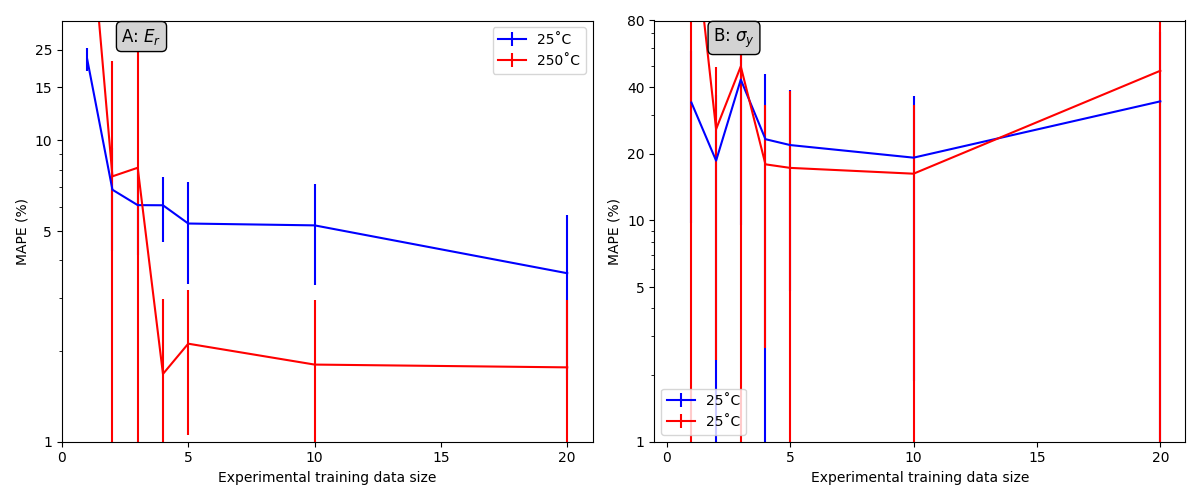
Repository: JoeSpencer1/temperature-dependant
Script's output: python src/figures.py
The author's editor kept a copy of each file at every save. The script's output is drawn from the files as they stood at one save, then again after the next save.
Random numbers start from a fixed seed.

Above is the script's output before, as saved 2023-10-29 11:41:42.

### src/figures.py
import numpy as np
import matplotlib.pyplot as plt

n = [1, 2, 3, 4, 5, 10, 20]
n1 = n
# 25˚C
Ti25E = [18.619205, 6.8593493, 6.0983825, 6.091887, 5.298505, 5.2244196, 3.6239312]
εTi25E = [1.6743975, 2.5646875, 1.9379541, 1.4813129, 1.9537387, 1.9212662, 2.01604]
Ti25σ = [34.068943, 18.617916, 43.272, 23.271488, 21.895184, 19.204937, 34.49958]
εTi25σ = [24.325975, 18.127224, 33.714092, 22.803173, 17.10482, 17.321714, 36.6192]
# 250˚C
Ti250E = [70.95709, 7.5985556, 8.114405, 1.6784289, 2.1151547, 1.8030748, 1.7651669]
εTi250E = [31.052818, 10.786752, 13.492649, 1.3040054, 1.0622171, 1.1414853, 1.182222]
Ti250σ = [261.21823, 25.825928, 49.60928, 17.916042, 17.266216, 16.254345, 47.430775]
εTi250σ = [270.2345, 23.495884, 65.91791, 15.266485, 21.114838, 16.953184, 59.20635]

fig, (ax1, ax2) = plt.subplots(1, 2, figsize=(12, 5))
ax1.errorbar(n, Ti25E, yerr = εTi25E, color = 'blue', label = "25˚C")
ax1.errorbar(n, Ti250E, yerr = εTi250E, color = 'red', label = "250˚C")
ax1.set_yscale('log')
ax1.set_ylim([1, 25])
ax1.set_xlim([0, 21])
ax1.set_xticks([0, 5, 10, 15, 20])
ax1.set_yticks([1, 5, 10, 15, 20])
ax1.set_yticklabels([1, 5, 10, 15, 25])
ax1.legend()
ax1.set_ylabel("MAPE (%)")
ax1.set_xlabel("Experimental training data size")
ax1.annotate("A: $E_{r}$", xy=(0.15, 0.95), xycoords="axes fraction",
              fontsize=12, ha="center",
              bbox=dict(boxstyle="round,pad=0.3", edgecolor="black", facecolor="lightgray"))

ax2.errorbar(n1, Ti25σ, yerr = εTi25σ, color = 'blue', label = "25˚C")
ax2.errorbar(n1, Ti250σ, yerr = εTi250σ, color = 'red', label = "25˚C")
ax2.set_yscale('log')
ax2.set_ylim([1, 80])
ax2.set_xlim([-0.5, 21])
ax2.set_xticks([0, 5, 10, 15, 20])
ax2.set_yticks([1, 5, 10, 20, 40, 80])
ax2.set_yticklabels([1, 5, 10, 20, 40, 80])
ax2.legend()
ax2.set_ylabel("MAPE (%)")
ax2.set_xlabel("Experimental training data size")
plt.subplots_adjust(bottom=0.180)
fig.tight_layout()
ax2.annotate("B: $\sigma_{y}$", xy=(0.15, 0.95), xycoords="axes fraction",
              fontsize=12, ha="center",
              bbox=dict(boxstyle="round,pad=0.3", edgecolor="black", facecolor="lightgray"))
plt.savefig("/Users/Joe/Desktop/figure1.jpeg", dpi=800, bbox_inches="tight")
plt.show()

After the next save:
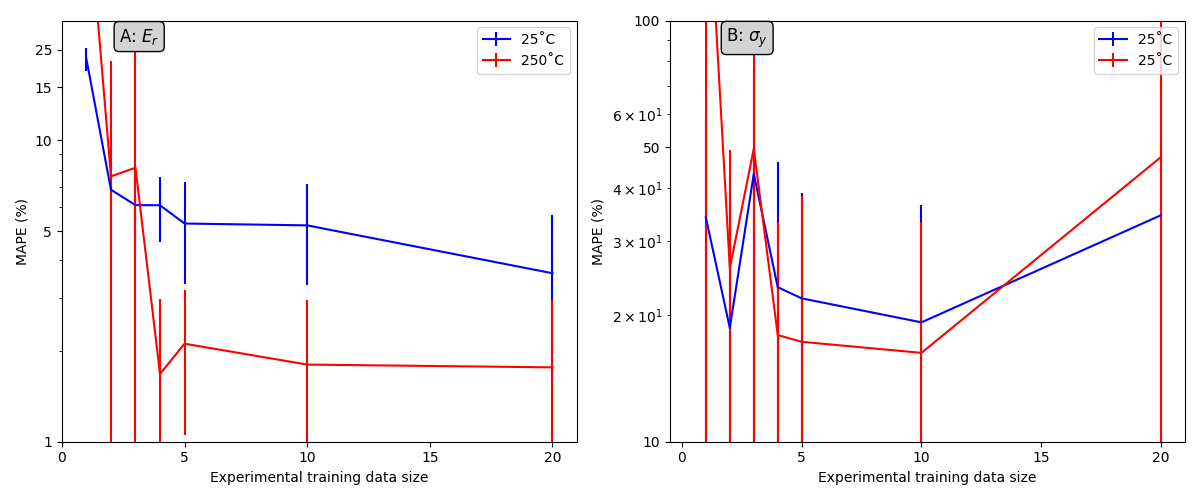
Saved 59 s later.
--- a/src/figures.py
+++ b/src/figures.py
@@ -33,11 +33,11 @@ ax1.annotate("A: $E_{r}$", xy=(0.15, 0.95), xycoords="axes fraction",
 ax2.errorbar(n1, Ti25σ, yerr = εTi25σ, color = 'blue', label = "25˚C")
 ax2.errorbar(n1, Ti250σ, yerr = εTi250σ, color = 'red', label = "25˚C")
 ax2.set_yscale('log')
-ax2.set_ylim([1, 80])
+ax2.set_ylim([10, 100])
 ax2.set_xlim([-0.5, 21])
 ax2.set_xticks([0, 5, 10, 15, 20])
-ax2.set_yticks([1, 5, 10, 20, 40, 80])
-ax2.set_yticklabels([1, 5, 10, 20, 40, 80])
+ax2.set_yticks([10, 50, 100])
+ax2.set_yticklabels([10, 50, 100])
 ax2.legend()
 ax2.set_ylabel("MAPE (%)")
 ax2.set_xlabel("Experimental training data size")
